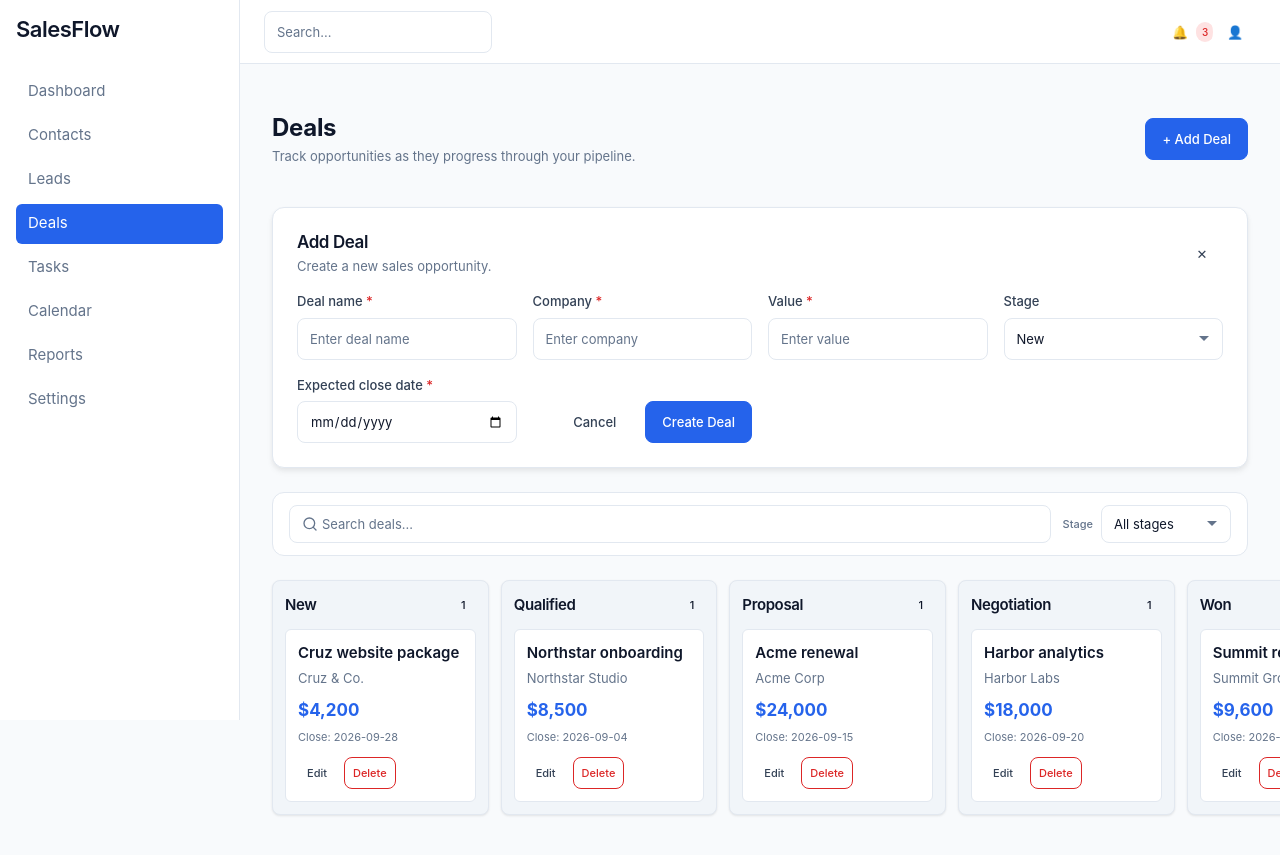
Repository: lawrencegonzaga-dev/salesflow-crm
Page: /deals, after clicking the first element matching `button.button--primary`
An editor plug-in stored every save of this project. The page is shown before and after the next save, followed by the edit.
The browser window is 1280 px wide. The pictures show the whole page.
The project was rebuilt for these pictures with package versions that can differ from the ones it lists, and the page was loaded fresh each time. Also part of the build but not shown: vite.config.js, src/components/StatCard.jsx, src/components/DashboardLeads.jsx, src/components/DashboardDeals.jsx, src/components/DashboardTasks.jsx, src/components/RecentActivity.jsx, src/pages/Dashboard.jsx, src/components/ContactForm.jsx and 24 more.

Above is the page before, as saved 2026-08-18 13:09:32.

### index.html
<!doctype html>
<html lang="en">
  <head>
    <meta charset="UTF-8" />
    <link rel="icon" type="image/svg+xml" href="/favicon.svg" />
    <meta name="viewport" content="width=device-width, initial-scale=1.0" />
    <title>salesflow-crm</title>
  </head>
  <body>
    <div id="root"></div>
    <script type="module" src="/src/main.jsx"></script>
  </body>
</html>

### src/main.jsx
/* ========================================================= */
/* FILE: src/main.jsx */
/* ========================================================= */

import { StrictMode } from 'react';
import { createRoot } from 'react-dom/client';

import "./styles/main.css";
import App from './App.jsx';
import { CRMProvider } from "./context/CRMContext.jsx";

createRoot(document.getElementById('root')).render(
    <StrictMode>
        <CRMProvider>
            <App />
        </CRMProvider>
    </StrictMode>,
);

### src/styles/main.css
@import "./reset.css";
@import "./variables.css";
@import "./base.css";
@import "./layout.css";
@import "./utilities.css";

@import "./components/sidebar.css";
@import "./components/header.css";
@import "./components/toolbar.css";
@import "./components/button.css";
@import "./components/form.css";
@import "./components/card.css";
@import "./components/badge.css";
@import "./components/table.css";
@import "./components/modal.css";
@import "./components/kanban.css";
@import "./components/calendar.css";
@import "./components/leads.css";
@import "./crm.css";

/* main.css */

### src/App.jsx
/* ========================================================= */
/* FILE: src/App.jsx */
/* ========================================================= */

import { BrowserRouter, Routes, Route } from "react-router-dom";

import Dashboard from "./pages/Dashboard";
import Contacts from "./pages/Contacts";
import Leads from "./pages/Leads";
import Deals from "./pages/Deals";
import Tasks from "./pages/Tasks";
import Calendar from "./pages/Calendar";
import Reports from "./pages/Reports";
import Settings from "./pages/Settings";
import AppLayout from "./layouts/AppLayout";

function App() {
    return (
        <BrowserRouter>
            <Routes>
                <Route element={<AppLayout />}>
                    <Route path="/" element={<Dashboard />} />
                    <Route path="/dashboard" element={<Dashboard />} />
                    <Route path="/contacts" element={<Contacts />} />
                    <Route path="/leads" element={<Leads />} />
                    <Route path="/deals" element={<Deals />} />
                    <Route path="/tasks" element={<Tasks />} />
                    <Route path="/calendar" element={<Calendar />} />
                    <Route path="/reports" element={<Reports />} />
                    <Route path="/settings" element={<Settings />} />
                </Route>
            </Routes>
        </BrowserRouter>
    );
}

export default App;

### src/styles/reset.css
*,
*::before,
*::after {
  box-sizing: border-box;
}

html {
  -webkit-text-size-adjust: 100%;
}

body {
  margin: 0;
  background: var(--color-page);
  color: var(--color-text);
  font-family: var(--font-family);
  font-size: 16px;
  line-height: 1.5;

  -webkit-font-smoothing: antialiased;
  text-rendering: optimizeLegibility;
}

#root {
  min-height: 100vh;
}

h1, h2, h3, h4, h5, h6, p {
  margin: 0;
}

img, svg, video {
  display: block;
  max-width: 100%;
}

a {
  color: inherit;
}

### src/styles/utilities.css
.container {
  width: min(100%, var(--content-max-width));
  margin-inline: auto;
}

.visually-hidden {
  position: absolute;
  width: 1px;
  height: 1px;
  padding: 0;
  margin: -1px;
  overflow: hidden;
  clip: rect(0, 0, 0, 0);
  white-space: nowrap;
  border: 0;
}

### src/styles/components/sidebar.css
.app-sidebar {
  width: var(--sidebar-width);
  height: 100vh;

  padding: var(--sidebar-padding);

  display: flex;
  flex-direction: column;

  background: var(--color-surface);
  border-right: 1px solid var(--color-border);
  color: var(--color-text);
}

.app-sidebar h2 {
  margin: 0 0 28px;
  font-size: 22px;
  letter-spacing: -.5px;
}

.sidebar-nav {
  display: flex;
  flex-direction: column;
  gap: 4px;

  overflow-y: auto;
}

.sidebar-nav_item {
  min-height: var(--nav-item-height);

  display: flex;
  align-items: center;

  padding: var(--nav-item-padding);
  gap: var(--nav-item-gap);

  color: var(--color-text-muted);
  text-decoration: none;
  border-radius: var(--radius-sm);

  transition: background var(--transition-fast), color var(--transition-fast);
}

.sidebar-nav_item:hover {
  background: var(--color-surface-muted);
  color: var(--color-text);
}

.sidebar-nav_item.active {
  background: var(--color-action);
  color: white;
}

### src/styles/components/header.css
.app-header {
  height: var(--header-height);

  display: flex;
  align-items: center;
  justify-content: space-between;

  padding: var(--header-padding);

  background: var(--color-surface);
  border-bottom: 1px solid var(--color-border);
  color: var(--color-text);
}

.app-header_left,
.app-header_right {
  display: flex;
  align-items: center;
  gap: var(--header-item-gap);
}

.menu-button {
  display: none;
}

@media (max-width: 768px) {
  .app-header {
    padding: 0 16px;
  }

  .app-header_right {
    display: none;
  }

  .menu-button {
    display: inline-grid;
    width: 40px;
    height: 40px;
    place-items: center;
    padding: 0;
    font-size: 20px;
    border-radius: var(--radius-sm);
  }
}
/* header.css */

### src/styles/components/leads.css
.lead-pipeline {
  display: grid;
  grid-template-columns: repeat(6, minmax(190px, 1fr));
  gap: 12px;
  overflow-x: auto;
  padding: 4px 0 16px;
}

.lead-pipeline__stage {
  min-width: 190px;
  background: var(--color-surface-muted);
  border: 1px solid var(--color-border);
  border-radius: var(--radius-md);
  padding: 12px;
   min-height: 200px;
}

.lead-pipeline__stage header {
  display: flex;
  align-items: center;
  justify-content: space-between;
}

.lead-pipeline__stage h2 {
  font-size: 15px;
  margin: 0;
}

.lead-pipeline__stage header span {
  border-radius: var(--radius-full);
  background: var(--color-border);
  padding: 2px 8px;
  font-size: 12px;
}

.lead-pipeline__items {
  display: grid;
  gap: 8px;
  margin-top: 12px;
}

.lead-pipeline__card {
  display: block;
  width: 100%;
  text-align: left;
  padding: 12px;
  min-height: 90px;
  background: var(--color-surface);
  border: 1px solid var(--color-border);
  border-radius: var(--radius-sm);
  cursor: pointer;
  color: inherit;
  transition: border-color var(--transition-fast);
}

.lead-pipeline__card:hover,
.lead-pipeline__card:focus-visible {
  border-color: var(--color-action);
  outline: none;
}

.lead-pipeline__card h3 {
  margin: 0 0 4px;
  font-size: 14px;
}

.lead-pipeline__card p {
  font-size: 12px;
  margin: 2px 0;
  color: var(--color-text-muted);
}

.lead-table-wrap {
  overflow-x: auto;
}

.lead-table__empty {
  padding: 32px;
  text-align: center;
  color: var(--color-text-muted);
}

.lead-stage {
  display: inline-block;
  border-radius: var(--radius-full);
  background: color-mix(in srgb, var(--color-action) 12%, transparent);
  color: var(--color-action);
  padding: 2px 8px;
  font-size: 12px;
}
/* leads.css */

### src/pages/Deals.jsx
/* ========================================================= */
/* FILE: src/pages/Deals.jsx */
/* ========================================================= */

import { useMemo, useState } from "react";
import RecordForm from "../components/RecordForm";
import { useCRM } from "../context/CRMContext";

const stages = ["New", "Qualified", "Proposal", "Negotiation", "Won", "Lost"];
const fields = [
    { name: "name", label: "Deal name", required: true },
    { name: "company", label: "Company", required: true },
    { name: "value", label: "Value", type: "number", min: "0", required: true },
    { name: "stage", label: "Stage", options: stages, defaultValue: "New" },
    { name: "closeDate", label: "Expected close date", type: "date", required: true }
];

function Deals() {
    const { deals, saveRecord, deleteRecord } = useCRM();
    const [editingDeal, setEditingDeal] = useState(null);
    const [showForm, setShowForm] = useState(false);
    const [searchTerm, setSearchTerm] = useState("");
    const [stageFilter, setStageFilter] = useState("All");
    const [draggedDeal, setDraggedDeal] = useState(null);

    const visibleDeals = useMemo(() => {
        const search = searchTerm.trim().toLowerCase();
        return deals
            .filter((deal) => stageFilter === "All" || deal.stage === stageFilter)
            .filter((deal) => {
                return [deal.name, deal.company, deal.stage, deal.closeDate, deal.value]
                    .some((value) => String(value ?? "").toLowerCase().includes(search));
            });
    }, [deals, searchTerm, stageFilter]);

    function openNewDeal() {
        setEditingDeal(null);
        setShowForm(true);
    }

    function openEditDeal(deal) {
        setEditingDeal(deal);
        setShowForm(true);
    }

    function closeForm() {
        setEditingDeal(null);
        setShowForm(false);
    }

    function saveDeal(deal) {
        saveRecord("deals", { ...deal, value: Number(deal.value) || 0 });
        closeForm();
    }

    function deleteDeal(id) {
        if (window.confirm("Delete this deal? This cannot be undone.")) {
            deleteRecord("deals", id);
            if (editingDeal?.id === id) closeForm();
        }
    }

    return (
        <section className="page">
            <header className="page-header">
                <div>
                    <h1 className="page-title">Deals</h1>
                    <p className="body-text">
                        Track opportunities as they progress through your pipeline.
                    </p>
                </div>
                <div className="page-actions">
                    <button className="button button--primary" type="button" onClick={openNewDeal}>
                        + Add Deal
                    </button>
                </div>
            </header>

            {/* Deal Form */}
            {showForm && (
                <section className="card card--elevated">
                    <div className="card-header card-header--center">
                        <div>
                            <h2 className="card-title">
                                {editingDeal ? "Edit Deal" : "Add Deal"}
                            </h2>
                            <p className="card-subtitle">
                                {editingDeal ? "Update deal details." : "Create a new sales opportunity."}
                            </p>
                        </div>
                        <button className="button button--ghost button--icon" onClick={closeForm}>
                            ✕
                        </button>
                    </div>
                    <RecordForm
                        key={editingDeal?.id ?? "new"}
                        fields={fields}
                        record={editingDeal}
                        submitLabel={editingDeal ? "Update Deal" : "Create Deal"}
                        onSave={saveDeal}
                        onCancel={closeForm}
                    />
                </section>
            )}

            {/* Toolbar */}
            <section className="toolbar">
                <div className="search-field">
                    <input
                        type="text"
                        placeholder="Search deals..."
                        value={searchTerm}
                        onChange={(event) => setSearchTerm(event.target.value)}
                    />
                </div>
                <div className="filter-group">
                    <label htmlFor="deal-stage">Stage</label>
                    <select
                        id="deal-stage"
                        value={stageFilter}
                        onChange={(event) => setStageFilter(event.target.value)}
                    >
                        <option value="All">All stages</option>
                        {stages.map((stage) => (
                            <option key={stage} value={stage}>{stage}</option>
                        ))}
                    </select>
                </div>
            </section>

            {/* Kanban Board */}
            <div className="kanban-board">
                {stages.map((stage) => {
                    const stageDeals = visibleDeals.filter((deal) => deal.stage === stage);
                    return (
                     <section
                            className={`kanban-column ${draggedDeal ? "kanban-column--drop-target" : ""}`}
                            key={stage}
                            onDragOver={(event) => {
                                event.preventDefault();
                            }}
                            onDrop={() => {
                                if (!draggedDeal || draggedDeal.stage === stage) {
                                setDraggedDeal(null);
                                return;
                                }

                                saveRecord("deals", {
                                ...draggedDeal,
                                stage,
                                });

                                setDraggedDeal(null);
                            }}
                            >
                        <header className="kanban-column_header">
                            <h2>{stage}</h2>
                            <span className="badge">{stageDeals.length}</span>
                        </header>
                        <div className="kanban-column_body">
                                {stageDeals.map((deal) => (
                                    <article
                                        className="deal-card"
                                        key={deal.id}
                                        draggable
                                        onDragStart={() => setDraggedDeal(deal)}
                                        onDragEnd={() => setDraggedDeal(null)}
                                        >
                                                                                <h3>{deal.name}</h3>
                                        <p>{deal.company}</p>
                                        <strong>
                                            ${Number(deal.value || 0).toLocaleString()}
                                        </strong>
                                        <small>Close: {deal.closeDate || "Not set"}</small>
                                        <div className="row-actions">
                                            <button
                                                className="button button--sm button--ghost"
                                                onClick={() => openEditDeal(deal)}
                                            >
                                                Edit
                                            </button>
                                            <button
                                                className="button button--sm button--danger"
                                                onClick={() => deleteDeal(deal.id)}
                                            >
                                                Delete
                                            </button>
                                        </div>
                                    </article>
                                ))}
                                {stageDeals.length === 0 && (
                                    <p className="kanban-empty">No deals</p>
                                )}
                            </div>
                        </section>
                    );
                })}
            </div>
        </section>
    );
}

export default Deals;

### src/layouts/AppLayout.jsx
/* ========================================================= */
/* FILE: src/layouts/AppLayout.jsx */
/* ========================================================= */

import { useState } from "react";
import { Outlet } from "react-router-dom";

import Sidebar from "../components/Sidebar";
import Header from "../components/Header";

function AppLayout() {
    const [isNavigationOpen, setIsNavigationOpen] = useState(false);

    return (
        <div className="app-layout">
            <Sidebar
                isOpen={isNavigationOpen}
                onNavigate={() => setIsNavigationOpen(false)}
            />

            <Header
                isNavigationOpen={isNavigationOpen}
                onMenuToggle={() => setIsNavigationOpen((isOpen) => !isOpen)}
            />

            <main className="app-main">
                <div className="app-main-content">
                    <Outlet />
                </div>
            </main>

            {isNavigationOpen && (
                <button
                    className="navigation-backdrop"
                    type="button"
                    aria-label="Close navigation"
                    onClick={() => setIsNavigationOpen(false)}
                />
            )}
        </div>
    );
}

export default AppLayout;

### src/components/Sidebar.jsx
import { NavLink } from "react-router-dom";
import navigation from "../data/navigation";

function Sidebar({ isOpen, onNavigate }) {
    return (
        <aside className={`app-sidebar ${isOpen ? "app-sidebar--open" : ""}`}>
            <h2>SalesFlow</h2>

            <nav className="sidebar-nav">
                {navigation.map((item) => (
                    <NavLink
                        key={item.path}
                        to={item.path}
                        className="sidebar-nav_item"
                        onClick={onNavigate}
                    >
                        {item.label}
                    </NavLink>
                ))}
            </nav>
        </aside>
    );
}

export default Sidebar;

### src/components/Header.jsx
/* ========================================================= */
/* FILE: src/components/Header.jsx */
/* ========================================================= */

import { useState } from "react";

function Header({ isNavigationOpen, onMenuToggle }) {
    const [searchQuery, setSearchQuery] = useState("");

    return (
        <header className="app-header">
            <div className="app-header-left">
                <button
                    className="menu-button"
                    type="button"
                    aria-label="Toggle navigation"
                    aria-expanded={isNavigationOpen}
                    onClick={onMenuToggle}
                >
                    ☰
                </button>

                <div className="header-search">
                    <input
                        type="text"
                        placeholder="Search..."
                        value={searchQuery}
                        onChange={(e) => setSearchQuery(e.target.value)}
                        className="header-search-input"
                    />
                </div>
            </div>

            <div className="app-header-right">
                <button className="button button--ghost button--icon" aria-label="Notifications">
                    🔔
                    <span className="badge badge--danger badge--sm">3</span>
                </button>
                <button className="button button--ghost button--icon" aria-label="Profile">
                    👤
                </button>
            </div>
        </header>
    );
}

export default Header;

Loaded but not shown: src/data/navigation.js (48 lines, source omitted); src/styles/crm.css (441 lines, source omitted); src/context/CRMContext.jsx (129 lines, source omitted); src/styles/variables.css (230 lines, source omitted); src/styles/components/modal.css (221 lines, source omitted); src/styles/components/form.css (194 lines, source omitted); src/styles/layout.css (206 lines, source omitted); src/components/RecordForm.jsx (94 lines, source omitted); src/styles/components/button.css (158 lines, source omitted); src/styles/components/table.css (162 lines, source omitted); src/styles/base.css (167 lines, source omitted); src/styles/components/card.css (154 lines, source omitted); src/styles/components/calendar.css (148 lines, source omitted); src/styles/components/kanban.css (153 lines, source omitted); src/styles/components/toolbar.css (127 lines, source omitted); src/styles/components/badge.css (120 lines, source omitted)

After the next save:
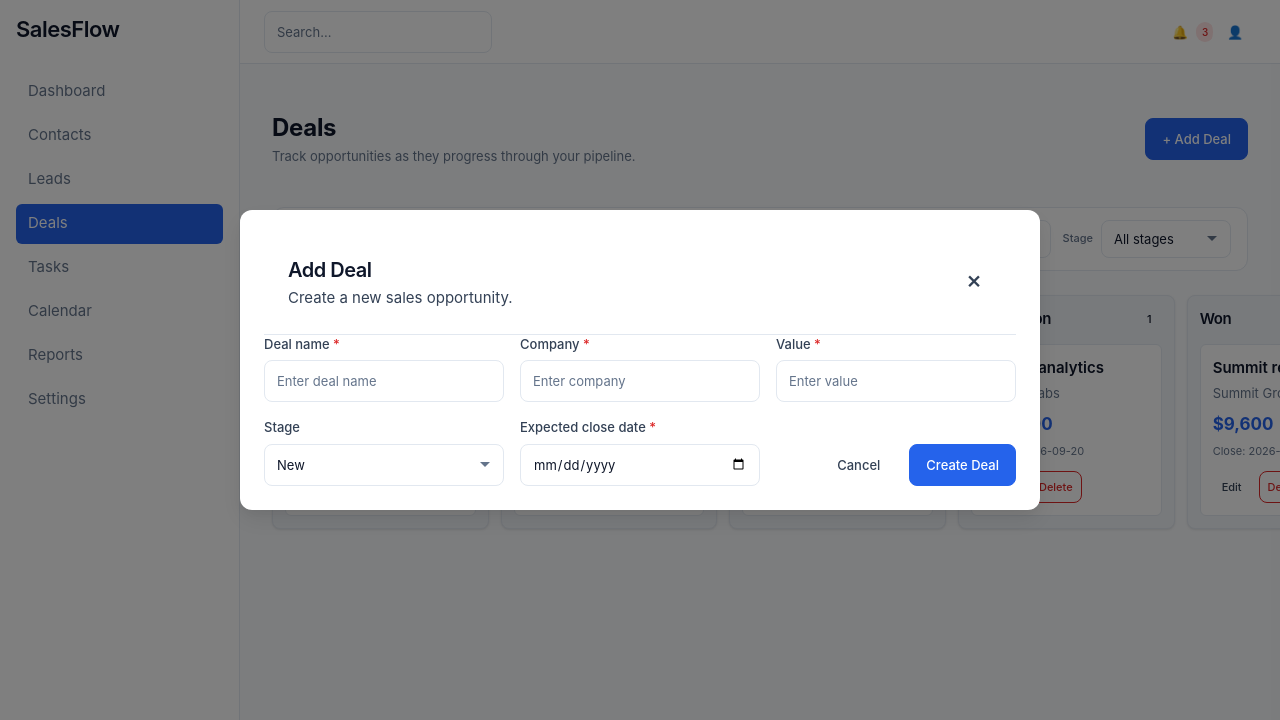
Saved 12 min 33 s later.
--- a/src/pages/Deals.jsx
+++ b/src/pages/Deals.jsx
@@ -78,29 +78,47 @@ function Deals() {
 
             {/* Deal Form */}
             {showForm && (
-                <section className="card card--elevated">
-                    <div className="card-header card-header--center">
-                        <div>
-                            <h2 className="card-title">
-                                {editingDeal ? "Edit Deal" : "Add Deal"}
-                            </h2>
-                            <p className="card-subtitle">
-                                {editingDeal ? "Update deal details." : "Create a new sales opportunity."}
-                            </p>
+                <div className="form-overlay" onClick={closeForm}>
+                    <section
+                        className="form-card"
+                        role="dialog"
+                        aria-modal="true"
+                        aria-labelledby="deal-form-title"
+                        onClick={(event) => event.stopPropagation()}
+                    >
+                        <div className="form-card__header">
+                            <div>
+                                <h2 id="deal-form-title" className="form-card__title">
+                                    {editingDeal ? "Edit Deal" : "Add Deal"}
+                                </h2>
+
+                                <p className="form-card__subtitle">
+                                    {editingDeal
+                                        ? "Update deal details."
+                                        : "Create a new sales opportunity."}
+                                </p>
+                            </div>
+
+                            <button
+                                type="button"
+                                className="form-card__close"
+                                onClick={closeForm}
+                                aria-label="Close form"
+                            >
+                                ×
+                            </button>
                         </div>
-                        <button className="button button--ghost button--icon" onClick={closeForm}>
-                            ✕
-                        </button>
-                    </div>
-                    <RecordForm
-                        key={editingDeal?.id ?? "new"}
-                        fields={fields}
-                        record={editingDeal}
-                        submitLabel={editingDeal ? "Update Deal" : "Create Deal"}
-                        onSave={saveDeal}
-                        onCancel={closeForm}
-                    />
-                </section>
+
+                        <RecordForm
+                            key={editingDeal?.id ?? "new"}
+                            fields={fields}
+                            record={editingDeal}
+                            submitLabel={editingDeal ? "Update Deal" : "Create Deal"}
+                            onSave={saveDeal}
+                            onCancel={closeForm}
+                        />
+                    </section>
+                </div>
             )}
 
             {/* Toolbar */}
